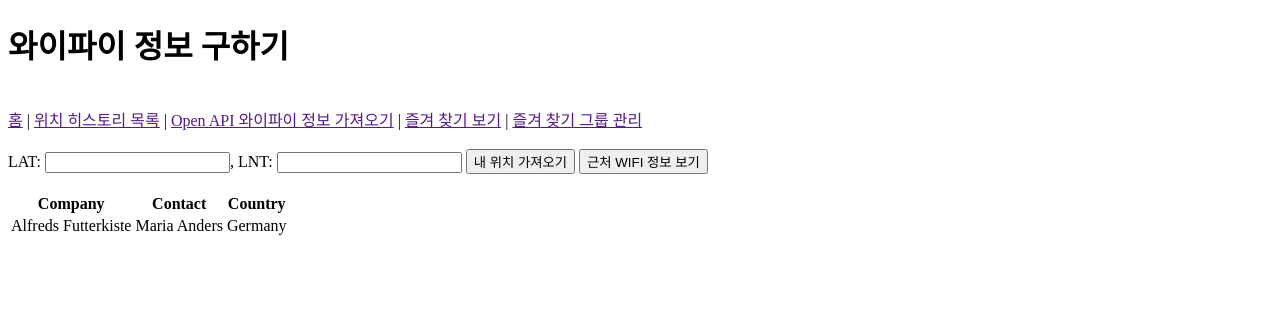
Repository: WooHyun94/Mission1_WIFI
Page: http://localhost/Mission1-WIFI/
The author's editor kept a copy of each file at every save. The page is drawn from the files as they stood at one save, then again after the next save.
The browser window is 1280 px wide. The pictures show the whole page.
The page is served by Tomcat 9.

Above is the page before, as saved 2023-09-26 16:06:37.

### Mission1-WIFI/src/main/webapp/index.jsp
<%@ page language="java" contentType="text/html; charset=UTF-8"
    pageEncoding="UTF-8"%>
<!DOCTYPE html>
<html>
<head>
<meta charset="UTF-8">
<title>Insert title here</title>
</head>
<body>
	<h1>와이파이 정보 구하기</h1>
	<br>
	<a href=''>홈</a>
	|
	<a href=''>위치 히스토리 목록</a>
	|
	<a href=''>Open API 와이파이 정보 가져오기</a>
	|
	<a href=''>즐겨 찾기 보기</a>
	|
	<a href=''>즐겨 찾기 그룹 관리</a>
	<br><br>
	LAT: <input type="text" id="lat">,
	LNT: <input type="text" id="lnt">
	<button>내 위치 가져오기</button>
	<button>근처 WIFI 정보 보기</button>
	<br><br>
	<table id="customers">
	  <tr>
	    <th>Company</th>
	    <th>Contact</th>
	    <th>Country</th>
	  </tr>
	  <tr>
	    <td>Alfreds Futterkiste</td>
	    <td>Maria Anders</td>
	    <td>Germany</td>
	  </tr>
	</table>
</body>
</html>

After the next save:
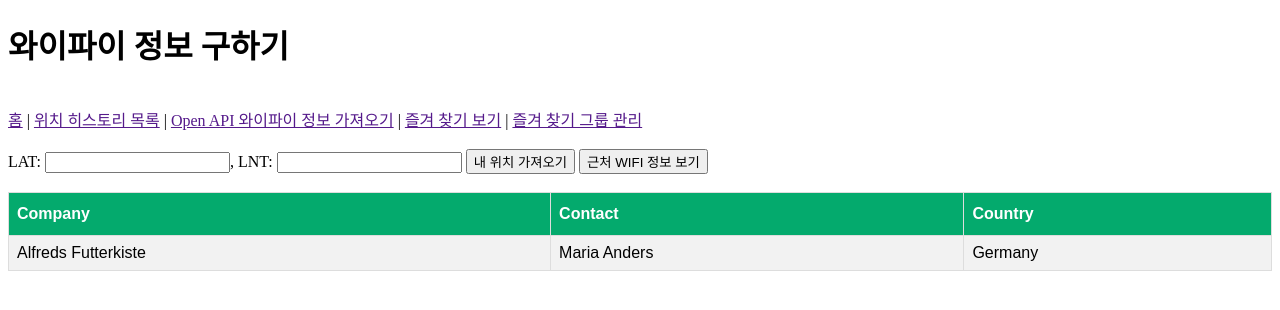
Saved 69 s later.
--- a/Mission1-WIFI/src/main/webapp/index.jsp
+++ b/Mission1-WIFI/src/main/webapp/index.jsp
@@ -5,6 +5,30 @@
 <head>
 <meta charset="UTF-8">
 <title>Insert title here</title>
+<style>
+#customers {
+  font-family: Arial, Helvetica, sans-serif;
+  border-collapse: collapse;
+  width: 100%;
+}
+
+#customers td, #customers th {
+  border: 1px solid #ddd;
+  padding: 8px;
+}
+
+#customers tr:nth-child(even){background-color: #f2f2f2;}
+
+#customers tr:hover {background-color: #ddd;}
+
+#customers th {
+  padding-top: 12px;
+  padding-bottom: 12px;
+  text-align: left;
+  background-color: #04AA6D;
+  color: white;
+}
+</style>
 </head>
 <body>
 	<h1>와이파이 정보 구하기</h1>
